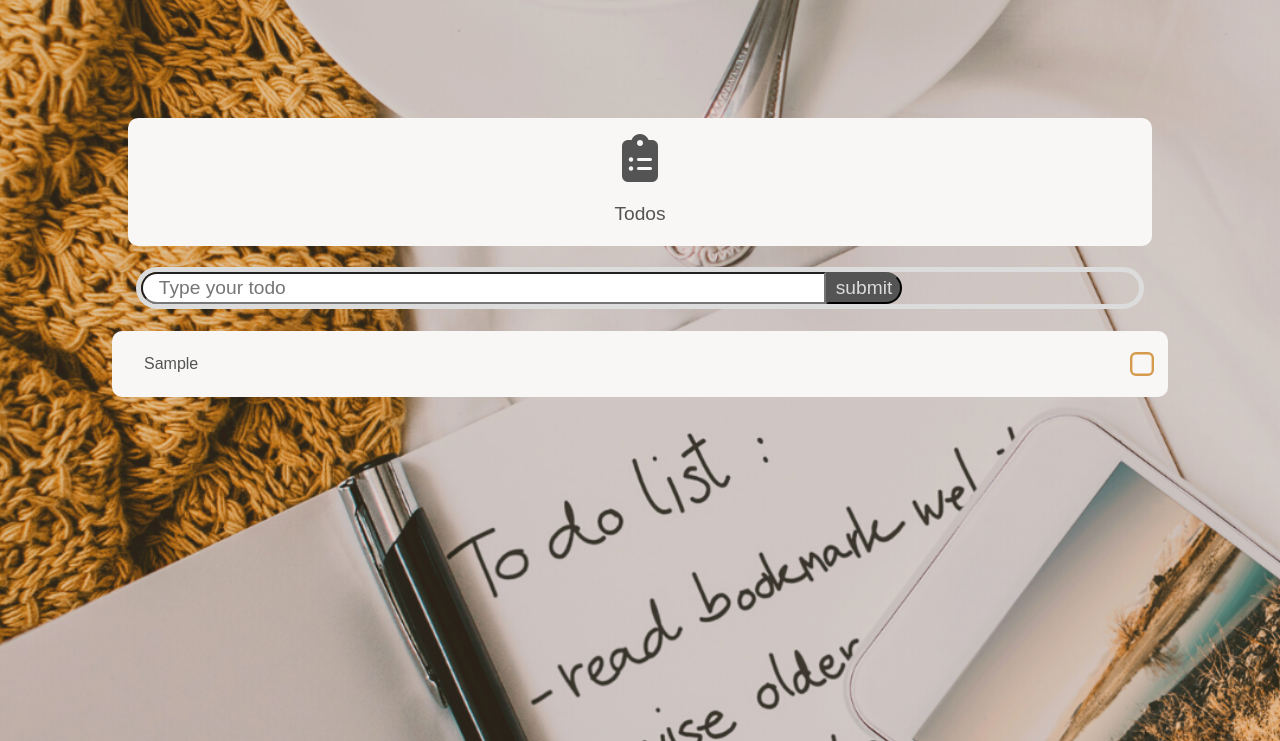
Repository: ShindanoSingi/My-Channel-Videos
Page: index.html
These files come from the project's save history. The page is drawn as it stood at one moment and after the next save; the edit follows.
The browser window is 1280 px wide. The pictures show the whole page.
Empty fields were first filled with sample values (such as "Sample", 5 or name@example.com).
After loading, the first visible `#submit-button` was clicked once.

Above is the page before, as saved 2023-07-18 22:11:41.

After the next save:
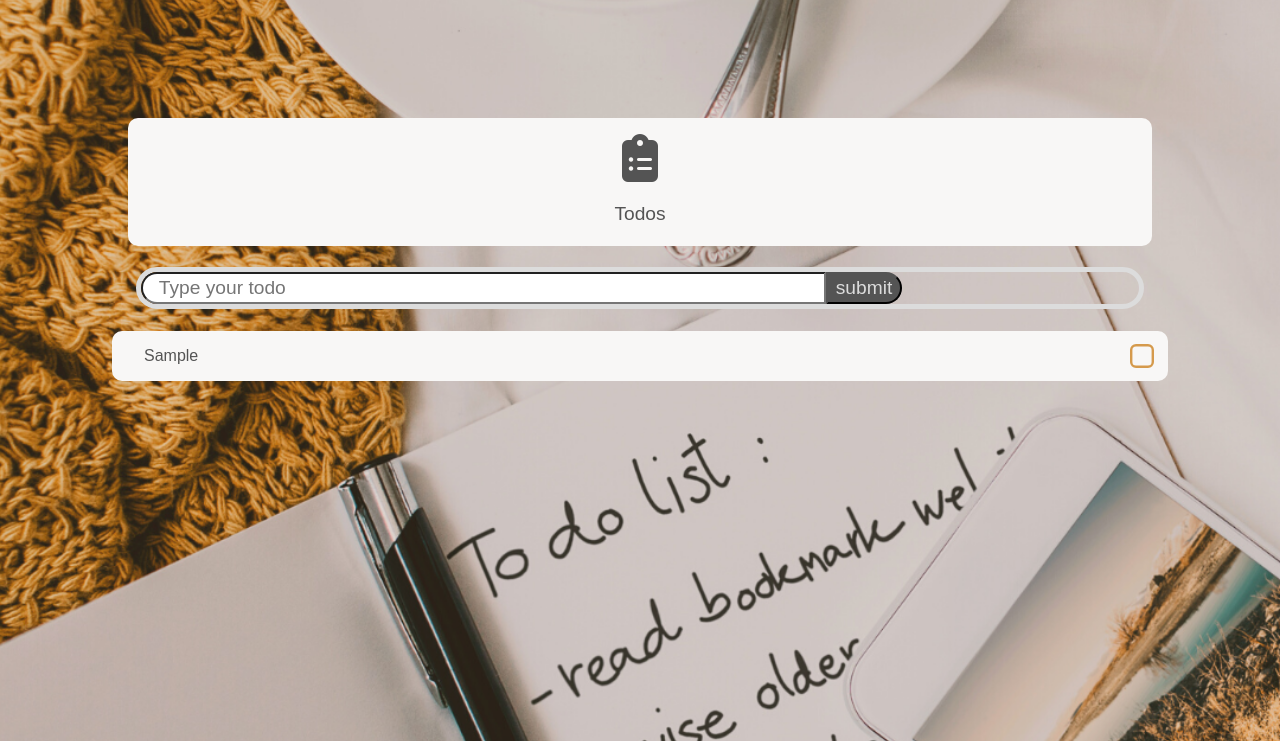
Saved 13 s later.
--- a/style.css
+++ b/style.css
@@ -125,7 +125,7 @@ div.text{
     align-items: center;
     background-color: var(--background-color);
     border-radius: var(--border-radius);
-    padding: 0.5rem 1rem;
+    padding: 0rem 1rem;
 }
 
 .div-checkbox-containers-parent{
